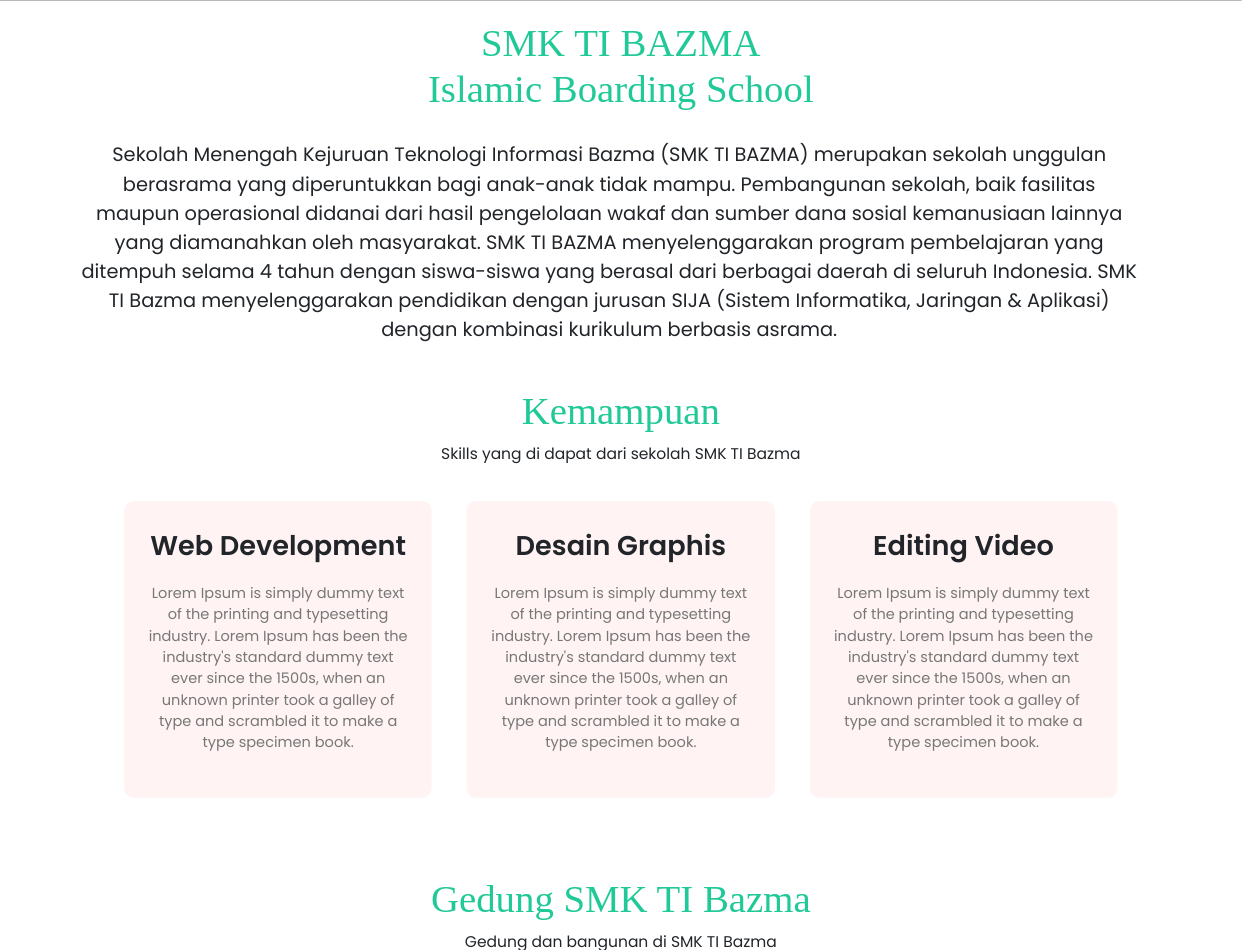
Repository: farhannurrahmat/Landing-Page-School
Page: index.html
These files come from the project's save history. The page is drawn as it stood at one moment and after the next save; the edit follows.
The browser window is 1280 px wide. The pictures show the part of the page from y = 720 to 1699 px (the page is 4204 px tall), at 97% of full size.
A picture or video elsewhere on the page could not be fetched, so the positions and the page height are approximate.

Above is the page before, as saved 2024-01-31 08:46:35.

### index.html
<!DOCTYPE html>
<html lang="en">

<head>

  <meta charset="UTF-8">
  <meta http-equiv="X-UA-Compatible" content="IE=edge">
  <meta name="viewport" content="width=device-width, initial-scale=1.0">
  <title>SMK TI BAZMA</title>
  <link rel="stylesheet" href="css/style.css">
  <link rel="stylesheet"
    href="https://cdn.jsdelivr.net/npm/@fortawesome/fontawesome-free@6.2.1/css/fontawesome.min.css">
  <link href="https://cdn.jsdelivr.net/npm/bootstrap@5.0.2/dist/css/bootstrap.min.css" rel="stylesheet"
    integrity="sha384-EVSTQN3/azprG1Anm3QDgpJLIm9Nao0Yz1ztcQTwFspd3yD65VohhpuuCOmLASjC" crossorigin="anonymous">
  <link rel="stylesheet" href="fontawesome-free-6.3.0-web/fontawesome-free-6.3.0-web/css/all.css">
  <link href="https://fonts.googleapis.com/css2?family=Poppins:wght@100;200;300;400;500;600;700;800;900&display=swap"
    rel="stylesheet">
  <link rel="stylesheet" type="text/css"
    href="https://cdnjs.cloudflare.com/ajax/libs/font-awesome/5.15.1/css/all.min.css" />

</head>

<body>
  <!-- Navbar -->
  <section class="header">
    <nav>
      <a href="index.html"><img src="img/Bazma.png"></a>
      <div class="nav-links" id="navLinks">
    </nav>

    <!-- Banner -->
    <div class="text-box">
      <h1>SMK TI BAZMA</h1>
      <p>Sekolah Cerdas, Jago IT, & Pinter Ngaji</p>
      <a href="/about.html" class="hero-btn">Selengkapnya</a>
    </div>
  </section>

  <!-- Deskripsi -->
  <div class="container text-center">
    <div class="row ">
      <div class="col">
        <h1>SMK TI BAZMA<br>Islamic Boarding School</h1>
      </div>
      <div class="row">
        <div class="col ">
          <p style="text-align: ;">Sekolah Menengah Kejuruan Teknologi Informasi Bazma (SMK TI BAZMA) merupakan sekolah unggulan berasrama
            yang diperuntukkan bagi anak-anak tidak mampu. Pembangunan sekolah, baik fasilitas maupun operasional
            didanai dari hasil pengelolaan wakaf dan sumber dana sosial kemanusiaan lainnya yang diamanahkan oleh
            masyarakat.

            SMK TI BAZMA menyelenggarakan program pembelajaran yang ditempuh selama 4 tahun dengan siswa-siswa yang
            berasal dari berbagai daerah di seluruh Indonesia. SMK TI Bazma menyelenggarakan pendidikan dengan jurusan
            SIJA (Sistem Informatika, Jaringan & Aplikasi) dengan kombinasi kurikulum berbasis asrama.</p>
        </div>
      </div>
    </div>
  </div>

  <!-- Postingan -->
  <section class="course">
    <h1>Kemampuan</h1>
    <p>Skills yang di dapat dari sekolah SMK TI Bazma</p>

    <div class="row1">
      <div class="course-col1">
        <h3>Web Development</h3>
        <p>Lorem Ipsum is simply dummy text of the printing and typesetting industry. Lorem Ipsum has been the
          industry's standard dummy text ever since the 1500s, when an unknown printer took a galley of type and
          scrambled it to make a type specimen book.</p>
      </div>

      <div class="course-col1">
        <h3>Desain Graphis</h3>
        <p>Lorem Ipsum is simply dummy text of the printing and typesetting industry. Lorem Ipsum has been the
          industry's standard dummy text ever since the 1500s, when an unknown printer took a galley of type and
          scrambled it to make a type specimen book.</p>
      </div>

      <div class="course-col1">
        <h3>Editing Video</h3>
        <p>Lorem Ipsum is simply dummy text of the printing and typesetting industry. Lorem Ipsum has been the
          industry's standard dummy text ever since the 1500s, when an unknown printer took a galley of type and
          scrambled it to make a type specimen book.</p>
      </div>
    </div>
  </section>

  <!-- Gedung -->
  <section class="campus">
    <h1>Gedung SMK TI Bazma</h1>
    <p>Gedung dan bangunan di SMK TI Bazma </p>

    <div class="row">
      <div class="col-sm-4">
        <div class="campus-col">
          <img src="./img/london.png">
          <div class="layer">
            <h3>Gedung 1</h3>
          </div>
        </div>
      </div>

      <div class="col-sm-4">
        <div class="campus-col">
          <img src="./img/newyork.png">
          <div class="layer">
            <h3>Gedung 2</h3>
          </div>
        </div>
      </div>

      <div class="col-sm-4">
        <div class="campus-col">
          <img src="./img/washington.png">
          <div class="layer">
            <h3>Gedung 3</h3>
          </div>
        </div>
      </div>

    </div>
  </section>

  <!--Fasilitas  -->
  <section class="fasilitas">
    <h1>Fasilitas Kami</h1>
    <p>Fasilitas yang ada di sekolah SMK TI Bazma</p>

    <div class="row">
      <div class="col-sm-4">
        <div class="fasilitas-col">
          <img src="./img/library.png">
          <h3>Ruangan Perpustakaan</h3>
          <p>Lorem Ipsum is simply dummy text of the printing and typesetting industry.</p>
        </div>
      </div>
      <div class="col-sm-4">
        <div class="fasilitas-col">
          <img src="./img/basketball.png">
          <h3>Ruangan Bermain</h3>
          <p>Lorem Ipsum is simply dummy text of the printing and typesetting industry.</p>
        </div>
      </div>
      <div class="col-sm-4">
        <div class="fasilitas-col">
          <img src="./img/cafeteria.png">
          <h3>Ruangan Makan/Kantin</h3>
          <p>Lorem Ipsum is simply dummy text of the printing and typesetting industry.</p>
        </div>
      </div>
    </div>

  </section>

  <!--Staff/tim-->
  <div class="container fluid pt-5 pb-5 bg-light">
    <div class="container text-center">
      <h2 class="Tim" id="staff">Tim kami</h2>
      <p>Tim Pembuat Website SMK TI Bazma V.2.0</p>
      <div class="row">

        <div class="col-md-3 text-center tim">
          <img src="./img/firman.png" class="rounded-circle mb-3">
          <h4>Firmansyah</h4>
          <p>Web Designer</p>
          <p>
            <a href="" class="social">
              <i class="fa-brands fa-twitter"></i>
            </a>
            <a href="" class="social">
              <i class="fa-brands fa-instagram"></i>
            </a>
            <a href="" class="social">
              <i class="fa-brands fa-facebook"></i>
            </a>
          </p>
        </div>

        <div class="col-md-3 tex-center tim">
          <img src="./img/farhan.png" class="rounded-circle mb-3">
          <h4>Farhan</h4>
          <p>Content Creator</p>
          <p>
            <a href="" class="social">
              <i class="fa-brands fa-twitter"></i>
            </a>
            <a href="" class="social">
              <i class="fa-brands fa-instagram"></i>
            </a>
            <a href="" class="social">
              <i class="fa-brands fa-facebook"></i>
            </a>
          </p>
        </div>

        <div class="col-md-3 tex-center tim">
          <img src="./img/hafiz.png" class="rounded-circle mb-3">
          <h4>Hafiz Al-fitrah</h4>
          <p>Web Designer</p>
          <p>
            <a href="" class="social">
              <i class="fa-brands fa-twitter"></i>
            </a>
            <a href="" class="social">
              <i class="fa-brands fa-instagram"></i>
            </a>
            <a href="" class="social">
              <i class="fa-brands fa-facebook"></i>
            </a>
          </p>
        </div>

        <div class="col-md-3 tex-center tim">
          <img src="./img/wahyuda.png" class="rounded-circle mb-3">
          <h4>Wahyuda</h4>
          <p>Content Creator</p>
          <p>
            <a href="" class="social">
              <i class="fa-brands fa-twitter"></i>
            </a>
            <a href="" class="social">
              <i class="fa-brands fa-instagram"></i>
            </a>
            <a href="" class="social">
              <i class="fa-brands fa-facebook"></i>
            </a>
          </p>
        </div>
      </div>

    </div>
  </div>

  <section class="cta">
    <h1>Inilah Sekolah SMK TI Bazma<br>yang melahirkan generasi hebat jago IT</h1>
    <a href="/kontak.html" class="hero-btn">Kontak Kami</a>
  </section>

  <!-- Footer -->
  <footer class="footer">
    <div class="container-footer">
      <div class="row-footer">
        <div class="footer-col">
          <h4>ABOUT THIS SCHOOL</h4>
          <ul>
            <li><a href="#">About us</a></li>
            <li><a href="#">Contact us</a></li>
            <li><a href="#">Blog</a></li>
            <li><a href="#">baituzzakah pertamina</a></li>
            <li><a href="#">Carrers</a></li>
          </ul>
        </div>
        <div class="footer-col">
          <h4>EDUCATION</h4>
          <ul>
            <li><a href="#">literature teacher</a></li>
            <li><a href="#">student</a></li>
            <li><a href="#">chef</a></li>
            <li><a href="#">IT teacher</a></li>
            <li><a href="#">math teacher</a></li>
            <li><a href="#">art teacher</a></li>
            <li><a href="#">internship theacher</a></li>
          </ul>
        </div>
        <div class="footer-col">
          <h4>GUIDE AND HELP</h4>
          <ul>
            <li><a href="#">Care</a></li>
            <li><a href="#">Privacy Policy</a></li>
            <li><a href="#">Terms and Condition</a></li>
            <li><a href="#">Mitra</a></li>
          </ul>
        </div>
        <div class="footer-col">
          <h4>FOLLOW US ON</h4>
          <div class="social-media">
            <a href="#"><i class="fab fa-facebook"></i></a>
            <a href="#"><i class="fab fa-instagram"></i></a>
            <a href="#"><i class="fab fa-twitter"></i></a>
            <a href="#"><i class="fab fa-youtube"></i></a>
          </div>
        </div>

      </div>
    </div>
  </footer>

  <div class="fixed-footer">
    <div class="container">2023 SMK TI BAZMA SCH.ID</div>
  </div>


  <!-- javascript for toggle menu -->
  <script>

    var navLinks = document.getElementById("navLinks");

    function showMenu() {
      navLinks.style.right = "0";
    }
    function hideMenu() {
      navLinks.style.right = "-200px";
    }


  </script>

  <script src="https://cdn.jsdelivr.net/npm/@popperjs/core@2.9.2/dist/umd/popper.min.js"
    integrity="sha384-IQsoLXl5PILFhosVNubq5LC7Qb9DXgDA9i+tQ8Zj3iwWAwPtgFTxbJ8NT4GN1R8p"
    crossorigin="anonymous"></script>
  <script src="https://cdn.jsdelivr.net/npm/bootstrap@5.0.2/dist/js/bootstrap.min.js"
    integrity="sha384-cVKIPhGWiC2Al4u+LWgxfKTRIcfu0JTxR+EQDz/bgldoEyl4H0zUF0QKbrJ0EcQF"
    crossorigin="anonymous"></script>
</body>

</html>

### css/style.css
* {
  margin: 0;
  padding: 0;
  font-family: 'Poppins', sans-serif;
  box-sizing: border-box;
  line-height: 1.5;
}

/* Banner */
.header {
  min-height: 100vh;
  width: 100%;
  background-image: linear-gradient(rgba(4, 9, 30, 0.7), rgba(4, 9, 30, 0.7)), url("../img/smk.jpg");
  background-position: center;
  background-size: cover;
  position: relative
}

/* Navbar */
nav {
  display: flex;
  padding: 2% 6%;
  justify-content: space-between;
  align-items: center;
}

nav img {
  width: 150px;
}

.text-box {
  width: 90%;
  color: #fff;
  position: absolute;
  top: 50%;
  left: 50%;
  transform: translate(-50%, -50%);
  text-align: center;
}

.text-box h1 {
  font-size: 75px;
  font-family: Phenomena;
  color: #fff;
}

.text-box p {
  margin: 10px 0 40px;
  font-size: 20px;
  color: #fff;
}

.hero-btn {
  display: inline-block;
  text-decoration: none;
  color: #fff;
  border: 1px solid #fff;
  padding: 12px 34px;
  font-size: 13px;
  background: transparent;
  position: relative;
  cursor: pointer;
  border-radius: 10px;
}

.hero-btn:hover {
  border: 1px solid #fff;
  background: #0d6efd;
  transition: 1s;
  color: #fff;
}

nav .fa {
  display: none;
}

/* Responsive Navbar */
@media(max-width: 700px) {
  .text-box h1 {
    font-size: 50px;
    font-family: Phenomena;
  }

  /* .nav-links ul li {
    display: block;
  }

  .nav-links {
    position: absolute;
    background: #0d6efd;
    height: 100vh;
    width: 200px;
    top: 0;
    right: -200px;
    text-align: left;
    z-index: 2;
    transition: 1s;
  }

  nav .fa {
    display: block;
    color: #fff;
    margin: 10px;
    font-size: 22px;
    cursor: pointer;
  }

  .nav-links ul {
    padding: 30px;
  } */

}

/* Deskripsi */
.row {
  padding-top: 20px;
}

h1 {
  font-family: Phenomena;
  color: #20c997;
  font-weight: 600;
  font-size: 70px;
}

.col p {
  font-weight: 400;
  font-size: 20px;
}

/* Responsive Deskripsi */
@media(max-width: 700px) {
  h1 {
    font-family: Phenomena;
    color: #20c997;
    font-weight: 600;
    font-size: 30px;
  }

  .col p {
    font-weight: 400;
    font-size: 15px;
  }
}

/* Tim */
.tim img {
  width: 250px;
  border: 10px solid #cccccc;
}

a.social {
  display: inline-block;
  width: 40px;
  height: 40px;
  color: #fff;
  border-radius: 50%;
  background-color: #333;
  line-height: 40px;
}

.Tim {
  font-size: 50px;
  font-family: Phenomena;
  font-weight: 500;
  color: #20c997;
}

/*----- Postingan -----*/
.course {
  width: 80%;
  margin: auto;
  text-align: center;
  padding-top: 30px;
}

.course-col1 p {
  color: #777;
  font-size: 15px;
  font-weight: 400;
  line-height: 22px;
  padding: 10px;
}

.row1 {
  padding-top: 20px;
  display: flex;
  justify-content: space-between;
}

.course-col1 {
  flex-basis: 31%;
  background: #fff3f3;
  border-radius: 10px;
  margin-bottom: 5%;
  padding: 20px 12px;
  box-sizing: border-box;
  transition: 0.5s;
}

.course-col1 h3 {
  text-align: center;
  font-weight: 600;
  margin: 10px 0;
}

.course-col1:hover {
  box-shadow: 0 0 20px 0px rgba(0, 0, 0, 0.2);
}

/* Responsive Postingan */
@media(max-width: 700px) {
  .row1 {
    flex-direction: column;
  }
}

/* Gedung */
.campus {
  width: 80%;
  margin: auto;
  text-align: center;
  padding-top: 30px;
}

.campus-col {
  flex-basis: 33%;
  margin-bottom: 30px;
  position: relative;
  overflow: hidden;
  border-radius: 10px;
}

.campus-col img {
  width: 100%;
  display: block;
  border-radius: 10px;
}

.layer {
  background: transparent;
  height: 100%;
  width: 100%;
  position: absolute;
  top: 0;
  left: 0;
  transition: 0.5s;
}

.layer:hover {
  background: rgba(226, 0, 0, 0.7);
}

.layer h3 {
  width: 100%;
  font-weight: 500;
  color: #fff;
  font-size: 26px;
  bottom: 0;
  left: 0;
  transform: translateX(-50x);
  position: absolute;
  opacity: 0;
  transition: 0.5s;
}

.layer:hover h3 {
  bottom: 49%;
  opacity: 1;
}

/* Fasilitas */
.fasilitas {
  width: 80%;
  margin: auto;
  text-align: center;
  padding-top: 30px;
  display: block;
}

.fasilitas-col {
  flex-basis: 33.3%;
  border-radius: 10px;
  margin-bottom: 5%;
  text-align: left;
}

.fasilitas-col img {
  width: 100%;
  border-radius: 10px;
}

.fasilitas-col p {
  padding: 0;
  font-size: 12px;
}

.fasilitas-col h3 {
  margin-top: 16px;
  margin-bottom: 15px;
  text-align: left;
  font-size: medium;
}

/* call to action */
.cta {
  margin: 100px auto;
  width: 90%;
  background-image: linear-gradient(rgba(0, 0, 0, 0.7), rgba(0, 0, 0, 0.7)), url("../img/banner2.jpg");
  background-position: center;
  background-size: cover;
  border-radius: 10px;
  text-align: center;
  padding: 100px 0;
}

.cta h1 {
  color: #fff;
  margin-bottom: 40px;
  padding: 0;
}

/* Responsive call to action */
@media(max-width: 700px) {
  .cta h1 {
    font-size: medium;
  }
}

/* Footer */
.container-footer {
  max-width: 1170px;
  margin: auto;
}

.row-footer {
  display: flex;
  flex-wrap: wrap;
}

.footer-col ul {
  list-style: none;
}

.footer {
  background-color: rgba(27, 27, 27, 1);
  padding: 70px 0;
}

.footer-col {
  width: 25%;
  padding: 0 15px;
}

.footer-col h4 {
  font-size: 18px;
  color: rgba(255, 255, 255, 1);
  text-transform: capitalize;
  margin-bottom: 35px;
  font-weight: 500;
  position: relative;
}

.footer-col h4::before {
  content: "";
  position: absolute;
  left: 0;
  bottom: -10px;
  background-color: #0d6efd;
  height: 2px;
  box-sizing: border-box;
  width: 50px;
}

.footer-col ul li:not(:last-child) {
  margin-bottom: 10px;
}

.footer-col ul li a {
  font-size: 16px;
  text-transform: capitalize;
  color: rgba(255, 255, 255, 1);
  text-decoration: none;
  font-weight: 300;
  color: #bbbbbb;
  display: block;
  transition: all 0.3s ease;
}

.footer-col ul li a:hover {
  color: #0d6efd;
  padding-left: 8px;
}

.footer-col .social-media a {
  display: inline-block;
  height: 40px;
  width: 40px;
  background-color: rgba(255, 255, 255, 0.2);
  margin: 0 10px 10px 0;
  text-align: center;
  line-height: 40px;
  border-radius: 50%;
  color: rgba(255, 255, 255, 0.5);
  margin: 0 10px 10px 0;
  transition: all 0.5s ease;
}

.footer-col .social-media a:hover {
  color: rgba(80, 82, 243, 0.8);
  background-color: rgba(236, 236, 236, 0.8);
}

.fixed-footer {
  width: 100%;
  position: relative;
  background: #333;
  margin: 0 10px 10px 0;
  padding: 10px 0;
  color: rgba(255, 255, 255, 1);
  text-align: center;
}

.fixed-footer {
  bottom: 0;
}

/* responsive Footer*/
@media (max-width: 767px) {
  .footer-col {
    width: 50%;
    margin-bottom: 30px;
  }
}

@media (max-width: 574px) {
  .footer-col {
    width: 100%;
  }
}

After the next save:
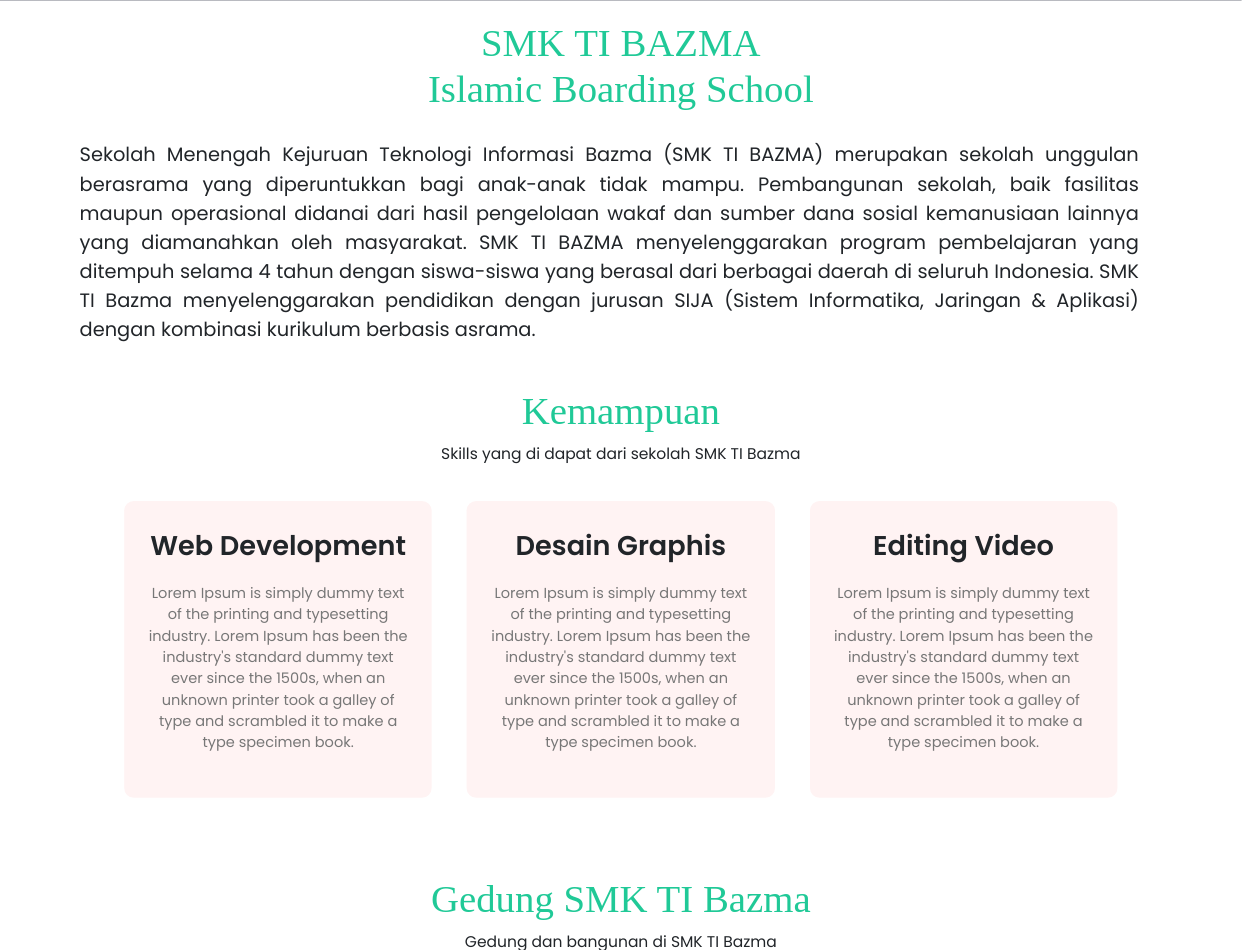
Saved 8 s later.
--- a/index.html
+++ b/index.html
@@ -44,7 +44,7 @@
       </div>
       <div class="row">
         <div class="col ">
-          <p style="text-align: ;">Sekolah Menengah Kejuruan Teknologi Informasi Bazma (SMK TI BAZMA) merupakan sekolah unggulan berasrama
+          <p style="text-align: justify;">Sekolah Menengah Kejuruan Teknologi Informasi Bazma (SMK TI BAZMA) merupakan sekolah unggulan berasrama
             yang diperuntukkan bagi anak-anak tidak mampu. Pembangunan sekolah, baik fasilitas maupun operasional
             didanai dari hasil pengelolaan wakaf dan sumber dana sosial kemanusiaan lainnya yang diamanahkan oleh
             masyarakat.
